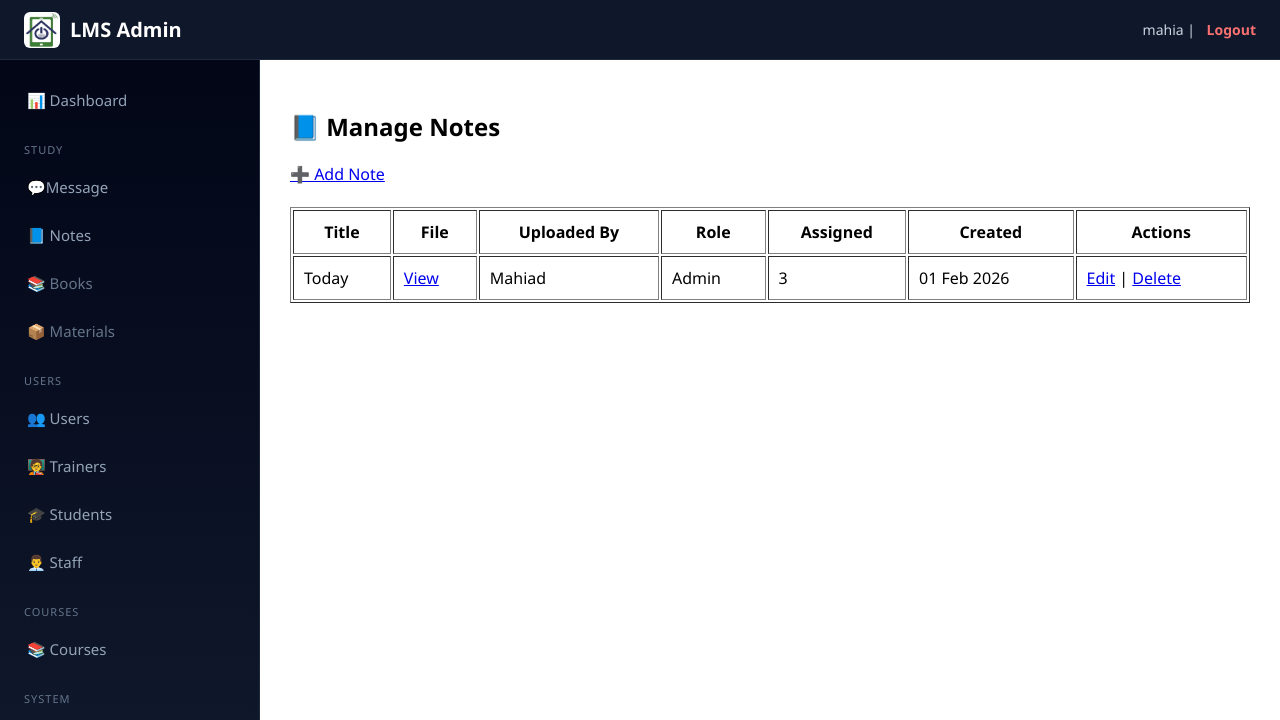
Repository: Mahendher979Python/lms-project
Page: http://localhost/study/admin/notes/
An editor plug-in stored every save of this project. The page is shown before and after the next save, followed by the edit.
The browser window is 1280 px wide. The pictures show the whole page.
The page is served by the project's application, run on Django 5.2 (lmsbuild/manage.py). The first stored user is signed in. The page reads the database file committed with the project.

Above is the page before, as saved 2026-01-21 17:57:11.

After the next save:
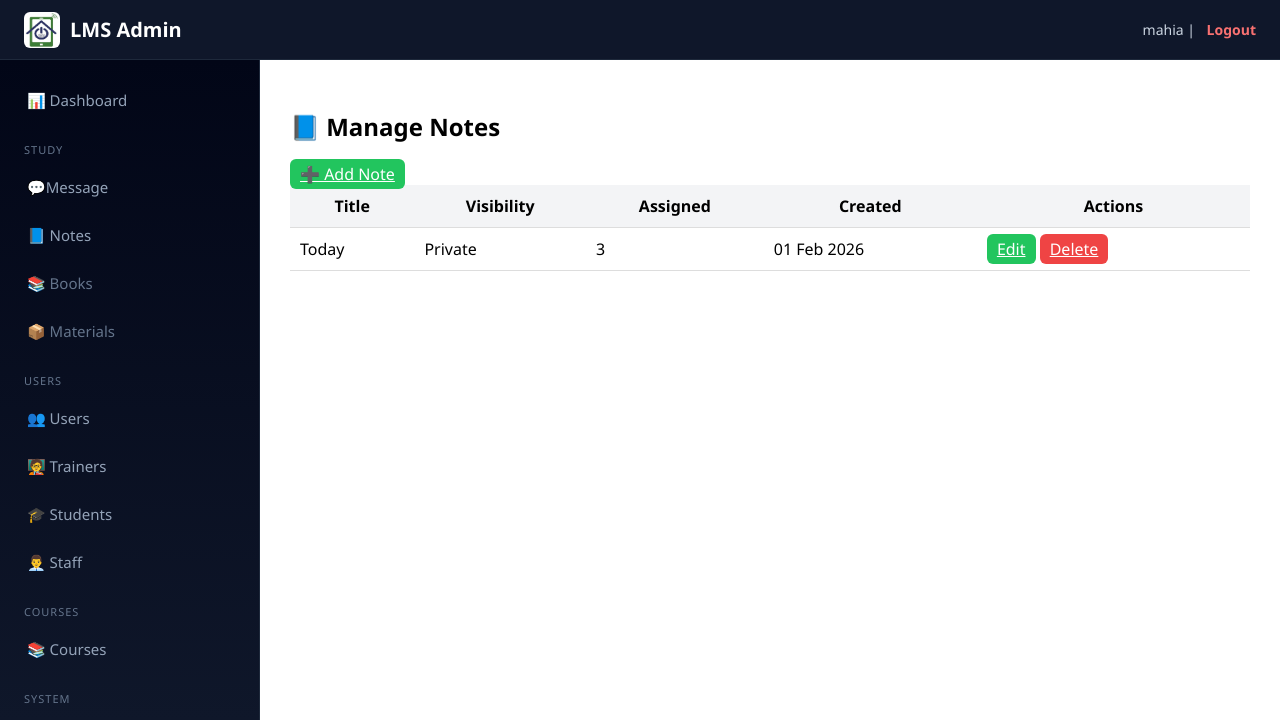
Saved 10 s later.
--- a/lmsbuild/templates/study/admin/notes/notes_list.html
+++ b/lmsbuild/templates/study/admin/notes/notes_list.html
@@ -1,50 +1,42 @@
 {% extends "accounts/admin/base.html" %}
 {% block content %}
 
+<style>
+table{width:100%;border-collapse:collapse;background:#fff}
+th,td{padding:10px;border-bottom:1px solid #ddd}
+th{background:#f3f4f6}
+a.btn{padding:4px 10px;border-radius:6px}
+.edit{background:#22c55e;color:#fff}
+.del{background:#ef4444;color:#fff}
+</style>
+
 <h2>📘 Manage Notes</h2>
+<a href="{% url 'admin_notes_add' %}" class="btn edit">➕ Add Note</a>
 
-<a href="{% url 'admin_notes_add' %}">➕ Add Note</a>
-<br><br>
+<table>
+<tr>
+  <th>Title</th>
+  <th>Visibility</th>
+  <th>Assigned</th>
+  <th>Created</th>
+  <th>Actions</th>
+</tr>
 
-<table border="1" cellpadding="10" width="100%">
-  <tr>
-    <th>Title</th>
-    <th>File</th>
-    <th>Uploaded By</th>
-    <th>Role</th>
-    <th>Assigned</th>
-    <th>Created</th>
-    <th>Actions</th>
-  </tr>
-
-  {% for note in notes %}
-  <tr>
-    <td>{{ note.title }}</td>
-
-    <td>
-      {% if note.file %}
-        <a href="{{ note.file.url }}" target="_blank">View</a>
-      {% else %}
-        -
-      {% endif %}
-    </td>
-
-    <td>{{ note.created_by.username }}</td>
-    <td>{{ note.created_by.role|title }}</td>
-    <td>{{ note.assigned_to.count }}</td>
-    <td>{{ note.created_at|date:"d M Y" }}</td>
-
-    <td>
-      <a href="{% url 'admin_notes_edit' note.id %}">Edit</a> |
-      <a href="{% url 'admin_notes_delete' note.id %}"
-         onclick="return confirm('Are you sure?')">Delete</a>
-    </td>
-  </tr>
-  {% empty %}
-  <tr>
-    <td colspan="7">No notes found</td>
-  </tr>
-  {% endfor %}
+{% for note in notes %}
+<tr>
+  <td>{{ note.title }}</td>
+  <td>{{ note.visibility|title }}</td>
+  <td>{{ note.assigned_to.count }}</td>
+  <td>{{ note.created_at|date:"d M Y" }}</td>
+  <td>
+    <a href="{% url 'admin_notes_edit' note.id %}" class="btn edit">Edit</a>
+    <a href="{% url 'admin_notes_delete' note.id %}" class="btn del"
+       onclick="return confirm('Delete?')">Delete</a>
+  </td>
+</tr>
+{% empty %}
+<tr><td colspan="5">No notes found</td></tr>
+{% endfor %}
 </table>
 
 {% endblock %}
